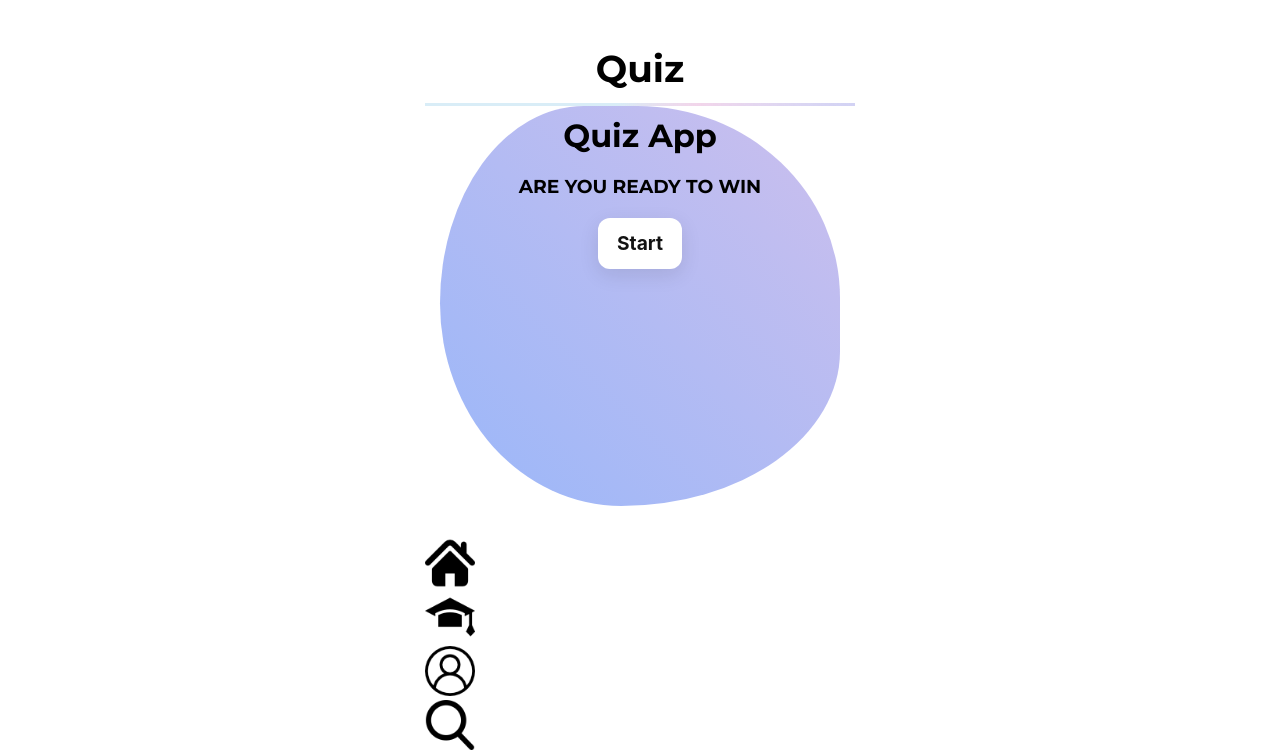
Repository: 1medi/pocketprof
Page: /QuizPage
These files come from the project's save history. The page is drawn as it stood at one moment and after the next save; the edit follows.
The browser window is 1280 px wide. The pictures show the whole page.
The project was rebuilt for these pictures with package versions that can differ from the ones it lists, and the page was loaded fresh each time. The framework's server and built-in components were replaced by stand-ins that run in the browser. Also part of the build but not shown: next.config.mjs, Components/Buttons/Oscar/Oscar.module.css, Components/Buttons/Oscar/index.js.

Above is the page before, as saved 2024-05-04 01:16:24.

### pages/_app.js
import "@/styles/globals.css";

import { QueryClient, QueryClientProvider } from "react-query";

const queryClient = new QueryClient();

export default function App({ Component, pageProps }) {
  return (
  <QueryClientProvider client={queryClient}>
  <Component {...pageProps} />
  </QueryClientProvider>
  );
}

### pages/QuizPage.js
import Head from "next/head";
import styles from "@/styles/QuizPage.module.css";
import Link from "next/link";
import Header from "@/Components/Header";
import Button3 from "@/Components/Buttons/Button3"
import NavBar from "@/Components/Navbar";
import { Montserrat } from "next/font/google";

const montserrat = Montserrat({ subsets: ['latin'] })

export default function QuizPage() {
  return (
    <>
      <Head>
        <title>Quiz Page</title>
        <meta name="description" content="Quiz section" />
        <meta name="viewport" content="width=430" />
        <link rel="icon" href="/favicon.ico" />
      </Head>
      <div className={styles.mobileContainer}>
      <Header name="Quiz"/>
      <main className={`${styles.main} ${montserrat.className}`}>
        <div className={styles.container}>
          <h1 className={styles.title}>Quiz App</h1>
          <div></div>
          <div className={styles.descriptionContainer}>
            <h3>ARE YOU READY TO WIN</h3>
          </div>
          <Link href='/quiz/page' className={styles.buttonContainer}>
            <Button3 name={"Start"} />
          </Link>
        </div>
        <div></div>
      </main>
      <NavBar />
      </div>

    </>
  );
}

### styles/globals.css
:root {
background-color: white;
align-content: center;
--main-color-purple: #53239B;
--main-color-lightpurple: #CCBFED;
--secondary-color-blue: #9AB7F9;
--secondary-color-lightblue: #CCE3FB;

--font-header: 34pt ;
--font-section-header: 28pt;
--font-sub-header: 24pt;
--font-button: 16pt;
--font-body: 16pt;
--font-secondary: 14pt;
--font-tertiary:12pt;

--headings: "Montserrat", "sans-serif";
--body-text: "Noto Sans", sans-serif;

}


* {
    padding: 0;
    margin: 0;
  }

  ol,
  ul {
    list-style: none;
  }

### styles/QuizPage.module.css
.mobileContainer{
  width: 430px;
  margin: 0 auto;
}

.main {
  overflow-x: hidden;
  justify-content: center;
  display: flex;
  background-color: var(--lightpurple-background);
  align-items: center;
  flex-direction: column;
  justify-content: space-between;
  align-items: center;
  min-height: 60vh;
  font-family: "Montserrat", "sans-serif";
}

/* .container {
  max-width: 400px;
  max-height: 932px;
  width: 100%;
  background-color: #8CACF4;
  position: relative;
  display: flex;
  flex-direction: column;
  margin-top: 100px;
  border-radius: 10px;
  z-index: 1;
} */

.container {
  background: linear-gradient(45deg, var(--primary) 0%, var(--secondary) 100%);
 animation: morph 8s ease-in-out infinite;
 border-radius: 60% 40% 30% 70% / 60% 30% 70% 40%;
 height: 400px;
 transition: all 1s ease-in-out;
 width: 400px;
 z-index: 5;
 max-height: 932px;
 position: relative;
 display: flex;
 flex-direction: column;
}

@keyframes morph {
 0% {
     border-radius:  60% 40% 30% 70% / 60% 30% 70% 40%;
     background: linear-gradient(45deg, var(--main-color-purple) 0%, var(--main-color-lightpurple) 100%);
 }

 50% {
     border-radius:  30% 60% 70% 40% / 50% 60% 30% 60%;
     background: linear-gradient(45deg, var(--secondary-color-blue) 0%, var(--main-color-lightpurple) 100%);
 }

 100% {
   border-radius:  60% 40% 30% 70% / 60% 30% 70% 40%;
   background: linear-gradient(45deg, var(--main-color-purple) 0%, var(--main-color-lightpurple) 100%);
 }
}


.title{
  text-align: center;
  padding:10px;
  font-family: "Montserrat", "sans-serif";
}

.descriptionContainer{
  text-align: center;
  padding:10px
}

.buttonContainer {
  text-align: center;
  padding: 10px;
}

.backgroundArt {
  z-index: 999;
  position: relative;
  bottom: 200px;
}

### Components/Header/index.js
import styles from "@/Components/Header/Header.module.css"
import Link from "next/link"

export default function Header({name}){
  return (
    <>
    <header className={styles.header}>

      <h1 className={styles.headerTitle}>{name}</h1>
    </header>
    </>
  )
}

### Components/Buttons/Button3/index.js
import styles from "./Button3.module.css"

export default function Button3({
  name
}){
  return (
    <>
    <button className={styles.button}>{name}</button>
    </>
  )
}

### Components/Navbar/index.js
import styles from "./Navbar.module.css"
import Oscar from "@/Components/Buttons/Oscar"
import Link from "next/link"
import Home from "@/public/img/home-icon-silhouette.png"
import Image from "next/image"
import Learn from "@/public/img/learn.png"
import Profile from "@/public/img/navuser.png"
import Search from "@/public/img/search.png"

export default function NavBar() {
  return (
    <nav className={styles.nav}>
      <div className={styles.navContainer}>
        <ul className={styles.navOptions}>
          <li className={styles.navLink}>
            <Link href={'/Home'} className={styles.navText}>
              <Image
              className={styles.image}
              src={Home}
              width={50}
              height={50}
              />
            </Link>
          </li>
          <li className={styles.navLink}>
            <Link href={'/Courses'} className={styles.navText}>
              <Image
              className={styles.image}
              src={Learn}
              width={50}
              height={50}
              />
            </Link>
          </li>
          <li className={styles.navLink}>
            <Link href={'/Profile'} className={styles.navText}>
              <Image
              className={styles.image}
              src={Profile}
              width={50}
              height={50}
              />
            </Link>
          </li>
          <li className={styles.navLink}>
            <Link href={'/QuizPage'} className={styles.navText}>
              <Image
              className={styles.image}
              src={Search}
              width={50}
              height={50}
              />

            </Link>
          </li>
        </ul>
      </div>
    </nav>
  )
}

### Components/Header/Header.module.css
.header{
  max-height: 400;
  height: 4rem;
  position: relative;
  padding: 1.3rem;
  backdrop-filter: blur(10px);
  justify-content: center;
  align-items: center;
  }

  .header::before {
    content: "";
    position: absolute;
    inset: 0;
    border-bottom: 3px solid transparent;
    background: linear-gradient(140deg,  #d9edf7 35%, rgba(237, 202, 216, 0) 50%, var(--main-color-lightpurple)), radial-gradient(circle, #ffcae1 0, #daeafc 100%) border-box;
    mask: linear-gradient(#fff 0 0) padding-box, linear-gradient(#fff 0 0);
    mask-composite: exclude;
  }


.headerTitle{
  text-align: center;
  margin:auto;
  display: flex;
  justify-content: center;
  color: black;
  padding-top: 25px;
  font-family: var(--headings);
  font-size: var(--font-section-header);
}

### Components/Buttons/Button3/Button3.module.css
.button {
  align-items: center;
  background-color: #fff;
  border-radius: 12px;
  box-shadow: transparent 0 0 0 3px,rgba(18, 18, 18, .1) 0 6px 20px;
  box-sizing: border-box;
  color: #121212;
  cursor: pointer;
  display: inline-flex;
  flex: 1 1 auto;
  font-family: Inter,sans-serif;
  font-size: 1.2rem;
  font-weight: 700;
  justify-content: center;
  line-height: 1;
  margin: 0;
  outline: none;
  padding: 1rem 1.2rem;
  text-align: center;
  text-decoration: none;
  transition: box-shadow .2s,-webkit-box-shadow .2s;
  white-space: nowrap;
  border: 0;
  user-select: none;
  -webkit-user-select: none;
  touch-action: manipulation;
}

.button:hover {
  box-shadow: #121212 0 0 0 3px, transparent 0 0 0 0;
}

### Components/Navbar/Navbar.module.css
@media only screen and (max-width:430px) {
  .nav {
  position: fixed;
  bottom: 0;
  left: 0;
  width: 100%;
  display: flex;
  flex-direction: row;
  background-color:var(--main-color-lightpurple);
  justify-content: space-around;
}

.navContainer{
  position: relative;
  justify-content: space-around;
  width: 100%;
}
.buttonContainer{
  padding:10px;

}

.navOptions{
  display: flex;
  flex-direction: row;
  text-align: center;
  justify-content: space-around;
  padding: 10px;
  text-decoration: none;
}

.navLink{
  padding: 10px;
  border-radius: 10px;
  text-decoration: none;
  list-style: none;
  position: relative;
  justify-content: center;
}

.image:hover{
  background-color: #8b82a4;
}

.navText{
  text-decoration: none;
  list-style: none;
  color:black;
}

.navText:visited{
  text-decoration: none;
  list-style: none;
  color: black;
}

.oscar{
  position:relative
}
}

Loaded but not shown: pages/_document.js (common file)

After the next save:
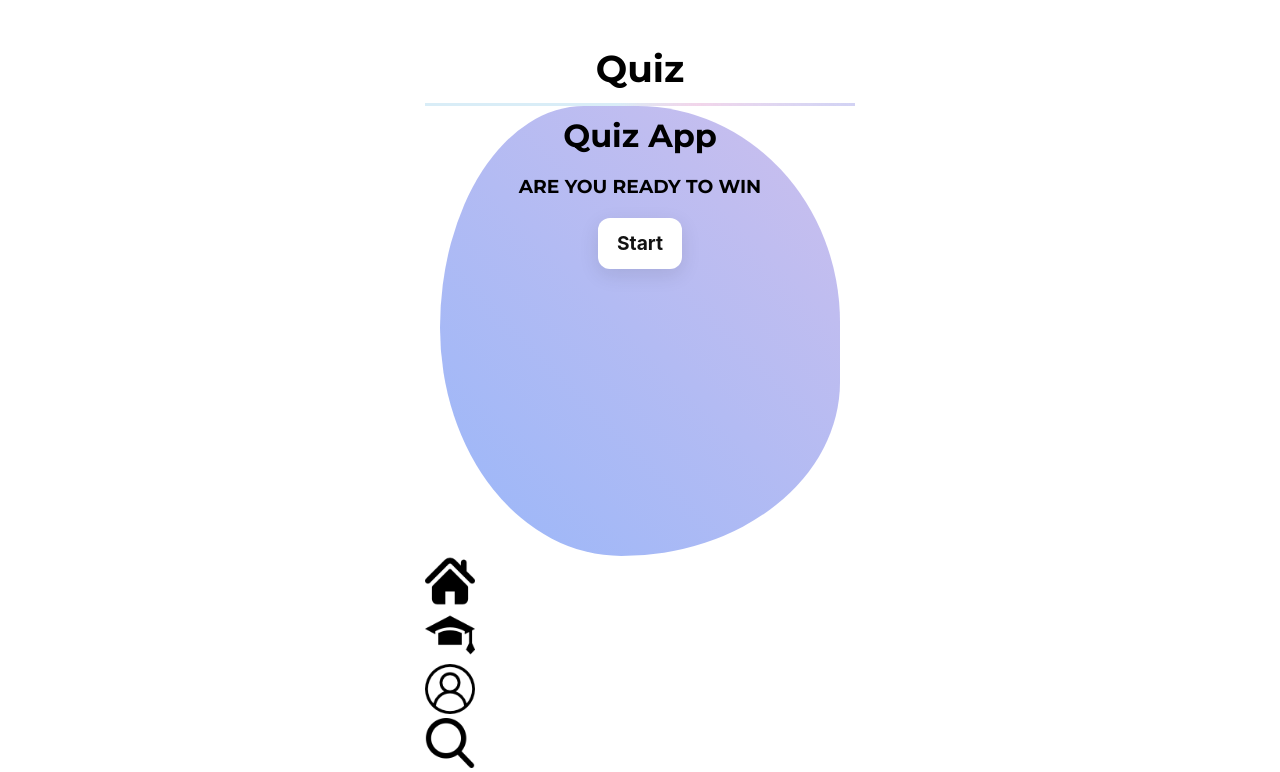
Saved 6 s later.
--- a/styles/QuizPage.module.css
+++ b/styles/QuizPage.module.css
@@ -33,7 +33,7 @@
   background: linear-gradient(45deg, var(--primary) 0%, var(--secondary) 100%);
  animation: morph 8s ease-in-out infinite;
  border-radius: 60% 40% 30% 70% / 60% 30% 70% 40%;
- height: 400px;
+ height: 450px;
  transition: all 1s ease-in-out;
  width: 400px;
  z-index: 5;
